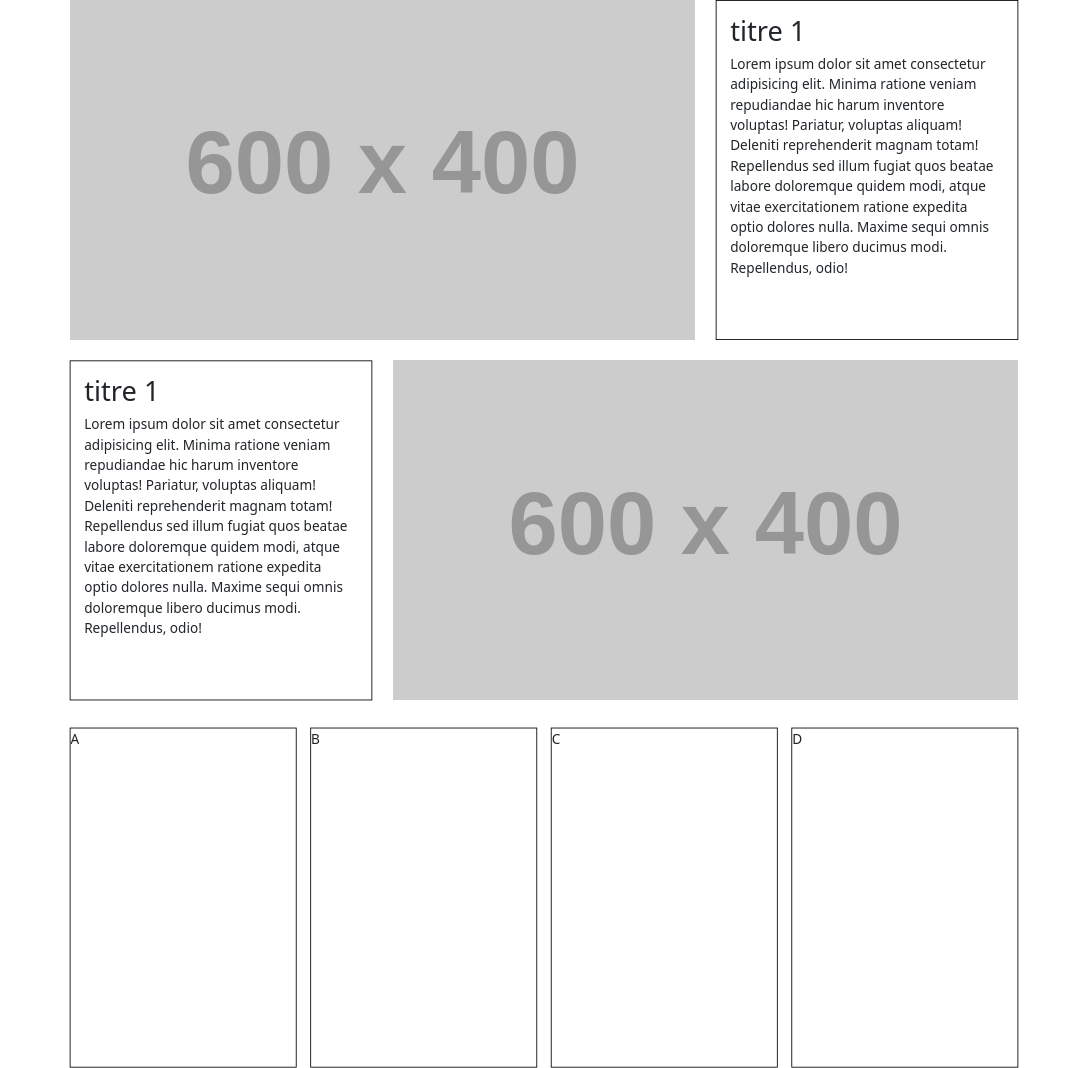
Repository: fbansept/ran3_24_jeu
Page: correction-tp.html
These files come from the project's save history. The page is drawn as it stood at one moment and after a run of saves; the edit follows.
The browser window is 1280 px wide. The pictures show the whole page, at 85% of full size.

Above is the page before, as saved 2024-10-22 15:33:59.

### correction-tp.html
<!DOCTYPE html>
<html lang="en">
  <head>
    <meta charset="UTF-8" />
    <meta name="viewport" content="width=device-width, initial-scale=1.0" />
    <title>Document</title>

    <link
      href="https://cdn.jsdelivr.net/npm/bootstrap@5.3.3/dist/css/bootstrap.min.css"
      rel="stylesheet"
      integrity="sha384-QWTKZyjpPEjISv5WaRU9OFeRpok6YctnYmDr5pNlyT2bRjXh0JMhjY6hW+ALEwIH"
      crossorigin="anonymous"
    />

    <script
      defer
      src="https://cdn.jsdelivr.net/npm/bootstrap@5.3.3/dist/js/bootstrap.bundle.min.js"
      integrity="sha384-YvpcrYf0tY3lHB60NNkmXc5s9fDVZLESaAA55NDzOxhy9GkcIdslK1eN7N6jIeHz"
      crossorigin="anonymous"
    ></script>

    <link rel="stylesheet" href="style.css" />
  </head>
  <body class="container">
    <section>
      <div class="row">
        <img
          class="col-md-6 col-lg-8"
          src="https://placehold.co/600x400"
          alt=""
        />
        <article class="col-md-6 col-lg-4">
          <div>
            <h2>titre 1</h2>
            <p>
              Lorem ipsum dolor sit amet consectetur adipisicing elit. Minima
              ratione veniam repudiandae hic harum inventore voluptas! Pariatur,
              voluptas aliquam! Deleniti reprehenderit magnam totam! Repellendus
              sed illum fugiat quos beatae labore doloremque quidem modi, atque
              vitae exercitationem ratione expedita optio dolores nulla. Maxime
              sequi omnis doloremque libero ducimus modi. Repellendus, odio!
            </p>
          </div>
        </article>
      </div>
      <div class="row flex-md-row-reverse mt-4">
        <img
          class="col-md-6 col-lg-8"
          src="https://placehold.co/600x400"
          alt=""
        />
        <article class="col-md-6 col-lg-4">
          <div>
            <h2>titre 1</h2>
            <p>
              Lorem ipsum dolor sit amet consectetur adipisicing elit. Minima
              ratione veniam repudiandae hic harum inventore voluptas! Pariatur,
              voluptas aliquam! Deleniti reprehenderit magnam totam! Repellendus
              sed illum fugiat quos beatae labore doloremque quidem modi, atque
              vitae exercitationem ratione expedita optio dolores nulla. Maxime
              sequi omnis doloremque libero ducimus modi. Repellendus, odio!
            </p>
          </div>
        </article>
      </div>
    </section>
    <section
      class="row row-cols-1 row-cols-md-2 row-cols-lg-4 g-3 g-md-0 g-lg-3 mt-2 mt-md-3"
    >
      <article class="col">
        <div><span>A</span></div>
      </article>
      <article class="col">
        <div><span>B</span></div>
      </article>
      <article class="col">
        <div><span>C</span></div>
      </article>
      <article class="col">
        <div><span>D</span></div>
      </article>
    </section>
  </body>
</html>

### style.css
section > div > img,
section > article > div,
section > div > article {
  height: 400px;
}

section > article > div,
section > div > article > div {
  border: 1px solid black;
}

section > div > article > div {
  height: 100%;
  padding: 1em;
}

section > div > img {
  object-fit: cover;
}

/* section > div:nth-child(even) {
  flex-direction: row-reverse;
} */

After the next 3 saves:
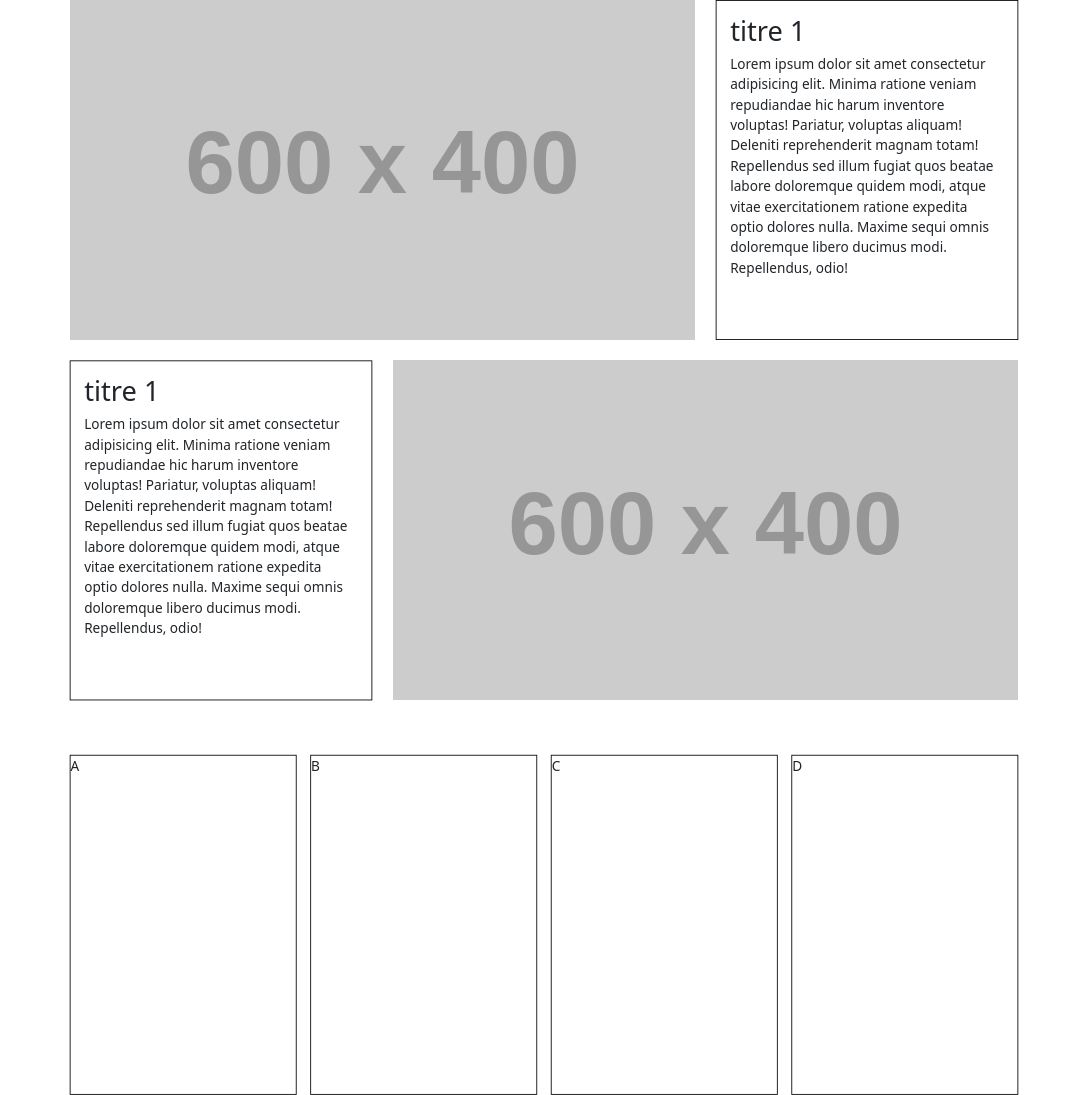
The 3 saves are shown as one change because they came seconds apart.
The last was saved 15 s later.
--- a/correction-tp.html
+++ b/correction-tp.html
@@ -65,7 +65,7 @@
       </div>
     </section>
     <section
-      class="row row-cols-1 row-cols-md-2 row-cols-lg-4 g-3 g-md-0 g-lg-3 mt-2 mt-md-3"
+      class="row row-cols-1 row-cols-md-2 row-cols-lg-4 g-3 g-md-0 g-lg-3 mt-2 mt-md-3 mt-lg-5"
     >
       <article class="col">
         <div><span>A</span></div>

After the save that followed:
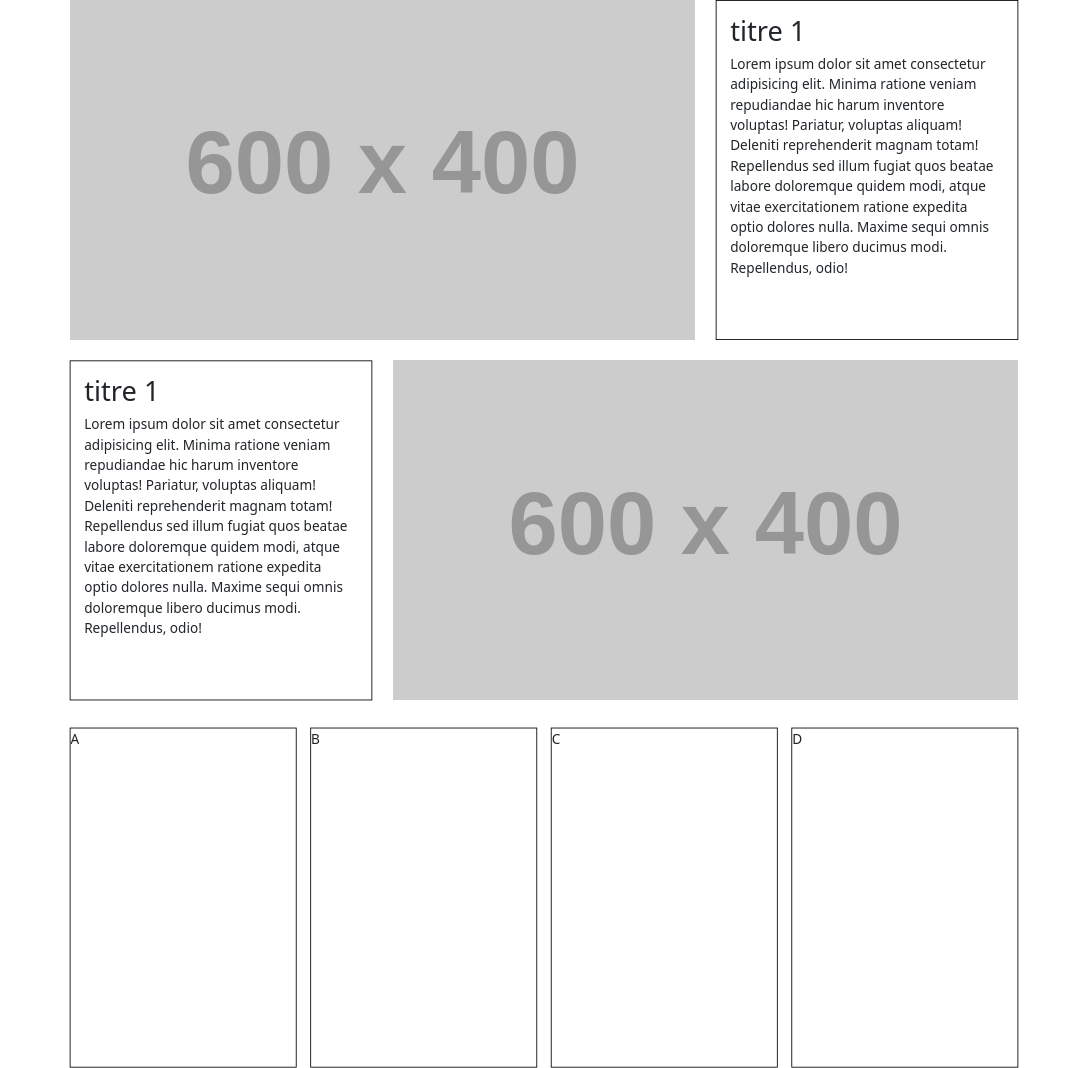
Saved 2 min 37 s later.
--- a/correction-tp.html
+++ b/correction-tp.html
@@ -65,7 +65,7 @@
       </div>
     </section>
     <section
-      class="row row-cols-1 row-cols-md-2 row-cols-lg-4 g-3 g-md-0 g-lg-3 mt-2 mt-md-3 mt-lg-5"
+      class="row row-cols-1 row-cols-md-2 row-cols-lg-4 g-3 g-md-0 g-lg-3 mt-2 mt-md-3"
     >
       <article class="col">
         <div><span>A</span></div>
